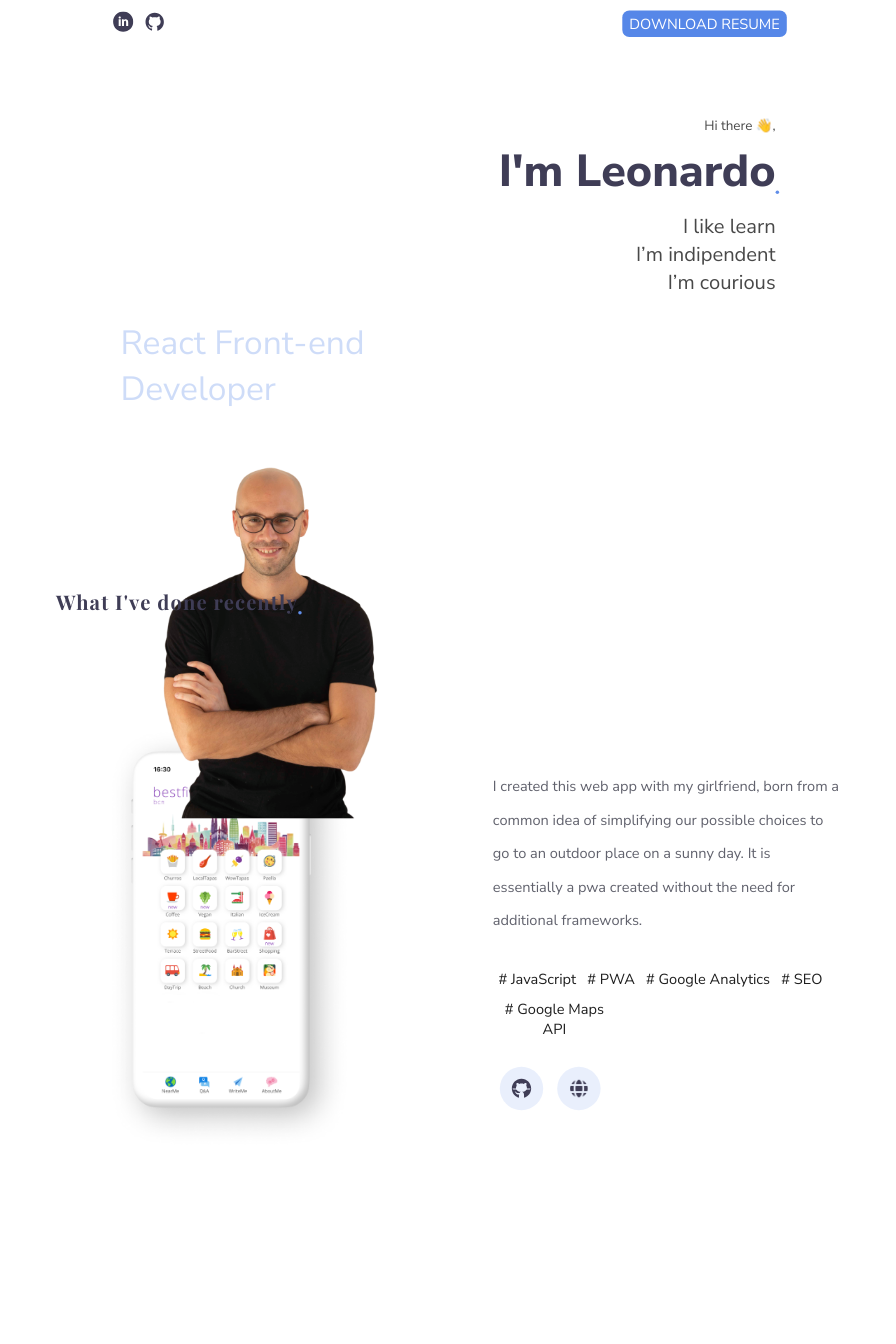
Repository: Easaaa/Portfolio-2020
Page: index.html
These files come from the project's save history. The page is drawn as it stood at one moment and after the next save; the edit follows.
The browser window is 1280 px wide. The pictures show the part of the page from y = 0 to 1920 px (the page is 6588 px tall), at 70% of full size.
The style sheet was rebuilt from its Sass, Less or Tailwind sources for each picture, by a compiler version that may differ from the author's.

Above is the page before, as saved 2020-02-28 15:41:27.

After the next save:
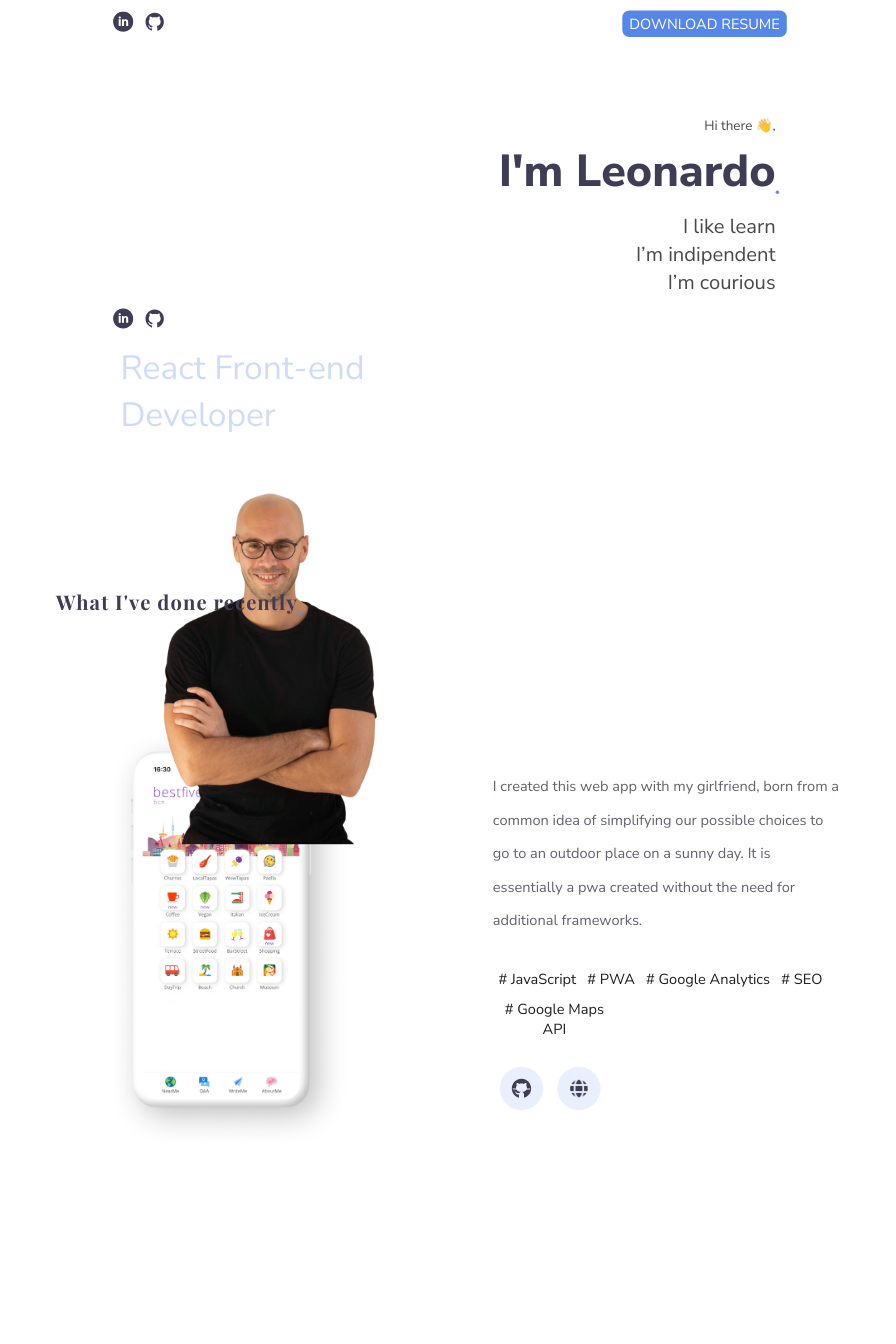
Saved 4 s later.
--- a/index.html
+++ b/index.html
@@ -34,6 +34,21 @@
             I’m indipendent <br />
             I’m courious
           </p>
+          <div class="actions-desktop">
+            <div class="socials">
+              <a
+                target="_blank"
+                href="https://www.linkedin.com/in/leonardo-tononi/"
+                ><img src="/assets/linkedin-with-circle.svg" alt="linkedin icon"
+              /></a>
+              <a target="_blank" href="https://github.com/Easaaa"
+                ><img src="/assets/github-filled.svg" alt="github icon"
+              /></a>
+            </div>
+            <div class="resume-btn">
+              <a href="#">Download Resume</a>
+            </div>
+          </div>
           <h4>React Front-end Developer</h4>
         </div>
         <img
